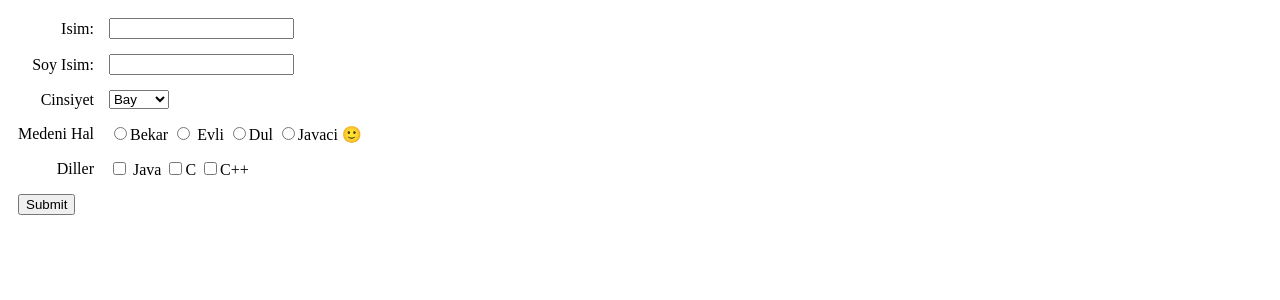
Repository: erayyildirim/start-trial
Page: ServletStart/WebContent/formGet.html
An editor plug-in stored every save of this project. The page is shown before and after the next save, followed by the edit.
The browser window is 1280 px wide. The pictures show the whole page.

Above is the page before, as saved 2017-07-19 22:09:19.

### ServletStart/WebContent/formGet.html
<!DOCTYPE html>
<html>
<head>
<meta charset="UTF-8">
<title>yiha</title>
</head>
<body>
 <form id="form1" action="requestgetform" method="get">

    <table id="table1" cellspacing="5px" cellpadding="5%">
       <tr>
              <td align="right">Isim:</td>
              <td><input type="text" name="firstName" /></td>
       </tr>
       <tr>
              <td align="right">Soy Isim:</td>
              <td><input type="text" name="lastName" /></td>
       </tr>
        <tr>
              <td align="right">Cinsiyet</td>
              <td>
			        <select name="gender">
			            <option value="Bay" selected="selected">Bay</option>
			            <option value="Bayan">Bayan</option>
			         </select>
     		   </td>
       </tr>

       <tr>
              <td align="right">Medeni Hal</td>
              <td>
			        <input type="radio" name="marital status" value="Bekar" />Bekar
			        <input type="radio" name="marital status" value="Evli" /> Evli
			        <input type="radio" name="marital status" value="Dul" />Dul
			        <input type="radio" name="marital status" value="Javaci" />Javaci 🙂
    	    </td>
       </tr>

        <tr>
              <td align="right">Diller</td>
              <td>
			        <input type="checkbox" name="lang" value="Java" /> Java
			        <input type="checkbox" name="lang" value="C" />C
			        <input type="checkbox" name="lang" value="C++" />C++
      		  </td>
       </tr>
        <tr>
        		<td>
        			<input type="submit" value="Submit"/>
        		</td>
        </tr>
</table>
    </form>
</body>
</html>

After the next save:
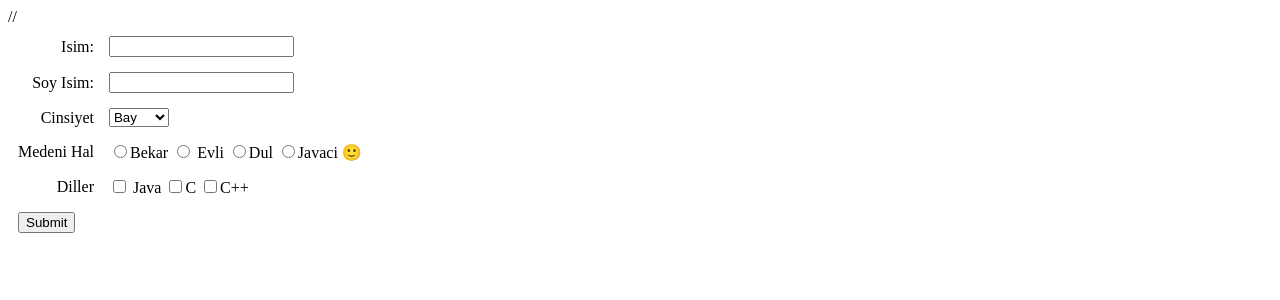
Saved 46 s later.
--- a/ServletStart/WebContent/formGet.html
+++ b/ServletStart/WebContent/formGet.html
@@ -10,7 +10,7 @@
     <table id="table1" cellspacing="5px" cellpadding="5%">
        <tr>
               <td align="right">Isim:</td>
-              <td><input type="text" name="firstName" /></td>
+              //<td><input type="text" name="firstName" /></td>
        </tr>
        <tr>
               <td align="right">Soy Isim:</td>
